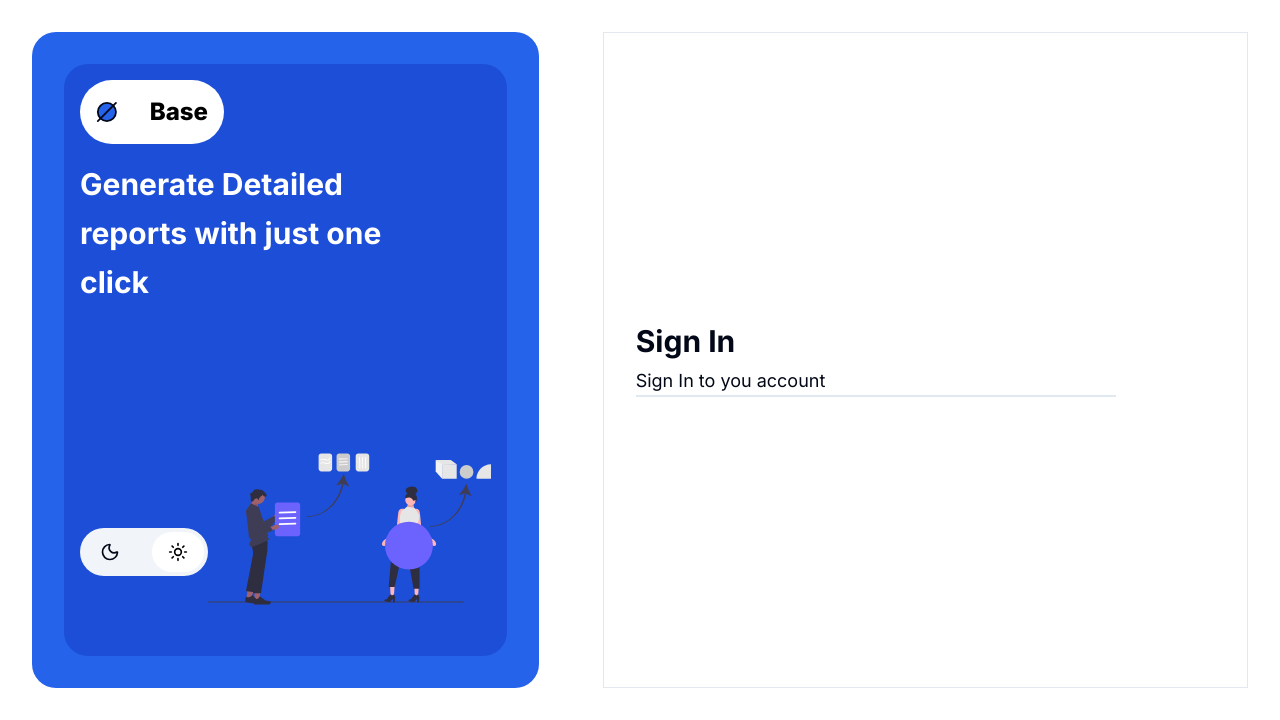
Repository: Hardyy00/openinapp_assignment
Page: /
These files come from the project's save history. The page is drawn as it stood at one moment and after the next save; the edit follows.
The browser window is 1280 px wide. The pictures show the whole page.
The project was rebuilt for these pictures with package versions that can differ from the ones it lists, and the page was loaded fresh each time. The framework's server and built-in components were replaced by stand-ins that run in the browser. Also part of the build but not shown: next.config.mjs.

Above is the page before, as saved 2024-08-23 16:21:04.

### app/layout.tsx
import type { Metadata } from "next";
import { Inter } from "next/font/google";
import "./globals.css";
import { ThemeProvider } from "@/components/theme-provider";

const inter = Inter({ subsets: ["latin"] });

export const metadata: Metadata = {
  title: "Create Next App",
  description: "Generated by create next app",
};

export default function RootLayout({
  children,
}: Readonly<{
  children: React.ReactNode;
}>) {
  return (
    <html lang="en">
      <body className={inter.className}>
        <ThemeProvider
          attribute="class"
          defaultTheme="system"
          storageKey="base"
        >
          {children}
        </ThemeProvider>
      </body>
    </html>
  );
}

### app/(auth)/layout.tsx
import { ThemeToggle } from "@/components/theme-toggle";
import { CircleSlash2 } from "lucide-react";
import Image from "next/image";
import { Intro } from "./_components/intro";
import { Navbar } from "./_components/navbar";

export default function Layout({ children }: { children: React.ReactNode }) {
  return (
    <div className="h-full w-full">
      <Navbar />
      <div className="w-full h-full flex flex-col lg:flex-row">
        <Intro />

        <div className="flex-[0.7]">{children}</div>
      </div>
    </div>
  );
}

### app/(auth)/page.tsx
export default function Page() {
  return (
    <div className="h-full p-8">
      <div className="p-8 border h-full flex items-center">
        <div className="flex flex-col gap-x-4 w-[30rem]">
          <div className="space-y-2">
            <h1 className="text-foreground font-bold text-3xl">Sign In</h1>
            <p className="text-lg">Sign In to you account</p>
          </div>

          <div className="flex border"></div>
        </div>
      </div>
    </div>
  );
}

### app/globals.css
@tailwind base;
@tailwind components;
@tailwind utilities;

html,
body,
:root {
  height: 100%;
}

::-webkit-scrollbar {
  display: none;
}

@layer base {
  :root {
    --background: 0 0% 100%;
    --foreground: 222.2 84% 4.9%;
    --card: 0 0% 100%;
    --card-foreground: 222.2 84% 4.9%;
    --popover: 0 0% 100%;
    --popover-foreground: 222.2 84% 4.9%;
    --primary: 222.2 47.4% 11.2%;
    --primary-foreground: 210 40% 98%;
    --secondary: 210 40% 96.1%;
    --secondary-foreground: 222.2 47.4% 11.2%;
    --muted: 210 40% 96.1%;
    --muted-foreground: 215.4 16.3% 46.9%;
    --accent: 210 40% 96.1%;
    --accent-foreground: 222.2 47.4% 11.2%;
    --destructive: 0 84.2% 60.2%;
    --destructive-foreground: 210 40% 98%;
    --border: 214.3 31.8% 91.4%;
    --input: 214.3 31.8% 91.4%;
    --ring: 222.2 84% 4.9%;
    --radius: 0.5rem;
    --chart-1: 12 76% 61%;
    --chart-2: 173 58% 39%;
    --chart-3: 197 37% 24%;
    --chart-4: 43 74% 66%;
    --chart-5: 27 87% 67%;
  }

  .dark {
    --background: 222.2 84% 4.9%;
    --foreground: 210 40% 98%;
    --card: 222.2 84% 4.9%;
    --card-foreground: 210 40% 98%;
    --popover: 222.2 84% 4.9%;
    --popover-foreground: 210 40% 98%;
    --primary: 210 40% 98%;
    --primary-foreground: 222.2 47.4% 11.2%;
    --secondary: 217.2 32.6% 17.5%;
    --secondary-foreground: 210 40% 98%;
    --muted: 217.2 32.6% 17.5%;
    --muted-foreground: 215 20.2% 65.1%;
    --accent: 217.2 32.6% 17.5%;
    --accent-foreground: 210 40% 98%;
    --destructive: 0 62.8% 30.6%;
    --destructive-foreground: 210 40% 98%;
    --border: 217.2 32.6% 17.5%;
    --input: 217.2 32.6% 17.5%;
    --ring: 212.7 26.8% 83.9%;
    --chart-1: 220 70% 50%;
    --chart-2: 160 60% 45%;
    --chart-3: 30 80% 55%;
    --chart-4: 280 65% 60%;
    --chart-5: 340 75% 55%;
  }
}

@layer base {
  * {
    @apply border-border;
  }
  body {
    @apply bg-background text-foreground;
  }
}

### app/(auth)/_components/intro.tsx
import { ThemeToggle } from "@/components/theme-toggle";
import { CircleSlash2 } from "lucide-react";
import Image from "next/image";

export const Intro: React.FC = () => {
  return (
    <div className="flex-[0.5] p-8 hidden lg:block">
      <div className="p-8 bg-blue-600 h-full rounded-3xl">
        <div className="p-4 bg-blue-700 h-full rounded-3xl flex flex-col gap-y-4 justify-between">
          <div className="p-4 flex items-center bg-white rounded-full w-[9rem] space-x-8">
            <CircleSlash2 className="stroke-white-600 fill-blue-600 h-7 w-7" />
            <h1 className="text-black font-extrabold text-2xl ">Base</h1>
          </div>

          <div className="w-[80%]">
            <p className="text-3xl font-bold text-wrap leading-relaxed text-white">
              Generate Detailed reports with just one click
            </p>
          </div>

          <div className=" flex h-[24rem]">
            <div className="flex-[0.3] self-end pb-16">
              <ThemeToggle className="w-[8rem]" />
            </div>
            <div className="flex-1 h-[70%] self-end  relative">
              {/* <div className="h-[70%]"> */}
              {/* <div className=" relative h-[70%] "> */}
              <Image src={"/auth.svg"} fill alt="svg" />
              {/* </div> */}
              {/* </div> */}
            </div>
          </div>
        </div>
      </div>
    </div>
  );
};

### app/(auth)/_components/navbar.tsx
import { CircleSlash2 } from "lucide-react";

export const Navbar: React.FC = () => {
  return (
    <div className="lg:hidden sticky top-0 bg-blue-600 text-black p-4">
      <div className="flex">
        <CircleSlash2 className="fill-white stroke-blue-600 h-8 w-8" />
      </div>
    </div>
  );
};

### components/theme-toggle.tsx
"use client";

import { Moon, Sun } from "lucide-react";
import { useTheme } from "next-themes";
import { Button } from "./ui/button";
import { cn } from "@/lib/utils";
import { useState } from "react";

interface ToggleThemeProps {
  className?: string;
}

export const ThemeToggle: React.FC<ToggleThemeProps> = ({ className = "" }) => {
  const { setTheme } = useTheme();
  const [on, setOn] = useState<String>("sun");

  const handleClick = (type: string) => {
    if (type === "sun") {
      setOn("sun");
      setTheme("light");
    } else {
      setOn("moon");
      setTheme("dark");
    }
  };

  return (
    <div className={cn("w-[10rem] p-1 rounded-full bg-secondary", className)}>
      <div className="flex w-full items-center justify-between">
        <Button
          variant={"ghost"}
          className={cn(
            "p-4 rounded-[4rem] transition-all",
            on === "moon" && "bg-black text-white"
          )}
          onClick={() => handleClick("moon")}
        >
          <Moon className="h-5 w-5" />
        </Button>

        <Button
          variant={"ghost"}
          className={cn(
            "p-4 rounded-[4rem] hover:bg-white hover:text-black transition-all",
            on === "sun" && "bg-white text-black"
          )}
          onClick={() => handleClick("sun")}
        >
          <Sun className="h-5 w-5" />
        </Button>
      </div>
    </div>
  );
};

### components/ui/button.tsx
import * as React from "react";
import { Slot } from "@radix-ui/react-slot";
import { cva, type VariantProps } from "class-variance-authority";

import { cn } from "@/lib/utils";

const buttonVariants = cva(
  "inline-flex items-center justify-center whitespace-nowrap rounded-md text-sm font-medium ring-offset-background transition-colors focus-visible:outline-none focus-visible:ring-2 focus-visible:ring-ring focus-visible:ring-offset-2 disabled:pointer-events-none disabled:opacity-50",
  {
    variants: {
      variant: {
        primary: "bg-blue-600 text-primary-foreground",
        default: "bg-primary text-primary-foreground hover:bg-primary/90",
        destructive:
          "bg-destructive text-destructive-foreground hover:bg-destructive/90",
        outline:
          "border border-input bg-background hover:bg-accent hover:text-accent-foreground",
        secondary:
          "bg-secondary text-secondary-foreground hover:bg-secondary/80",
        ghost: "hover:bg-accent hover:text-accent-foreground",
        link: "text-primary underline-offset-4 hover:underline",
      },
      size: {
        default: "h-10 px-4 py-2",
        sm: "h-9 rounded-md px-3",
        lg: "h-11 rounded-md px-8",
        icon: "h-10 w-10",
      },
    },
    defaultVariants: {
      variant: "default",
      size: "default",
    },
  }
);

export interface ButtonProps
  extends React.ButtonHTMLAttributes<HTMLButtonElement>,
    VariantProps<typeof buttonVariants> {
  asChild?: boolean;
}

const Button = React.forwardRef<HTMLButtonElement, ButtonProps>(
  ({ className, variant, size, asChild = false, ...props }, ref) => {
    const Comp = asChild ? Slot : "button";
    return (
      <Comp
        className={cn(buttonVariants({ variant, size, className }))}
        ref={ref}
        {...props}
      />
    );
  }
);
Button.displayName = "Button";

export { Button, buttonVariants };

Loaded but not shown: components/theme-provider.tsx (common file); lib/utils.ts (common file); tailwind.config.ts (common file)

After the next save:
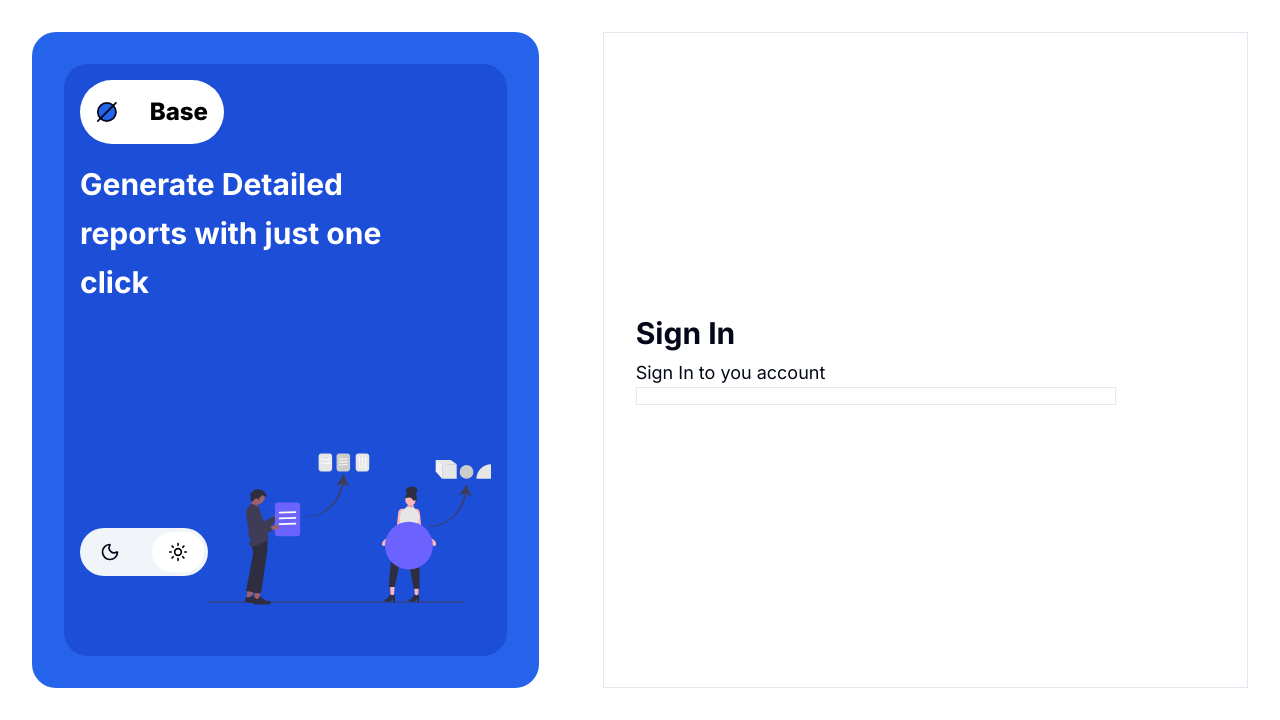
Saved 17 s later.
--- a/app/(auth)/page.tsx
+++ b/app/(auth)/page.tsx
@@ -8,7 +8,7 @@ export default function Page() {
             <p className="text-lg">Sign In to you account</p>
           </div>
 
-          <div className="flex border"></div>
+          <div className="flex border p-2"></div>
         </div>
       </div>
     </div>
